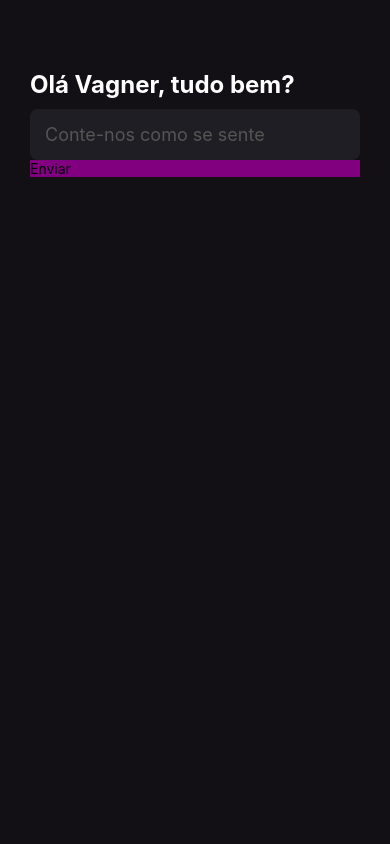
Repository: vagnereix/01-myskills-trilha-react-native
Screen: /
These files come from the project's save history. The screen is drawn as it stood at one moment and after the next save; the edit follows.
The app was drawn by React Native's web renderer in a window 390 px wide. The project was rebuilt for these pictures with package versions that can differ from the ones it lists, and the page was loaded fresh each time.

Above is the screen before, as saved 2021-06-17 17:28:09.

### App.tsx
import React from 'react';

import { Home } from './pages/home';

export default function App() {
  return (
    <Home />
  );
};

### pages/home.tsx
import React from 'react';
import {
    View,
    Text,
    StyleSheet,
    TextInput,
    Platform,
    TouchableOpacity
} from 'react-native';

export function Home() {
    return (
      <View style={styles.container}>
        <Text style={styles.title}>Olá Vagner, tudo bem?</Text>

        <TextInput
            style={styles.input}
            placeholder="Conte-nos como se sente"
            placeholderTextColor="#555"
        />

        <TouchableOpacity style={styles.touch}>
            <Text>Enviar</Text>
        </TouchableOpacity>
      </View>
    );
}

const styles = StyleSheet.create({
  container: {
    flex: 1,
    paddingHorizontal: 30,
    paddingVertical: 70,
    backgroundColor: '#121015',
  },
  title: {
    color: '#fff',
    fontWeight: 'bold',
    fontSize: 24,
    marginBottom: 10,
  },
  input: {
    borderRadius: 8,
    backgroundColor: '#1f1e25',
    fontSize: 18,
    padding: Platform.OS == 'android' ? 10 : 15,
  },
  touch: {
    backgroundColor: 'purple'
  }
});

After the next save:
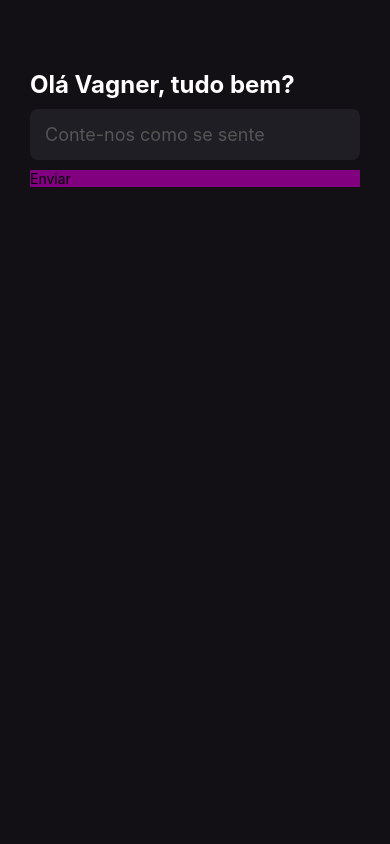
Saved 22 s later.
--- a/pages/home.tsx
+++ b/pages/home.tsx
@@ -46,6 +46,8 @@ const styles = StyleSheet.create({
     padding: Platform.OS == 'android' ? 10 : 15,
   },
   touch: {
-    backgroundColor: 'purple'
+    backgroundColor: 'purple',
+    marginTop: 10,
+
   }
 });
